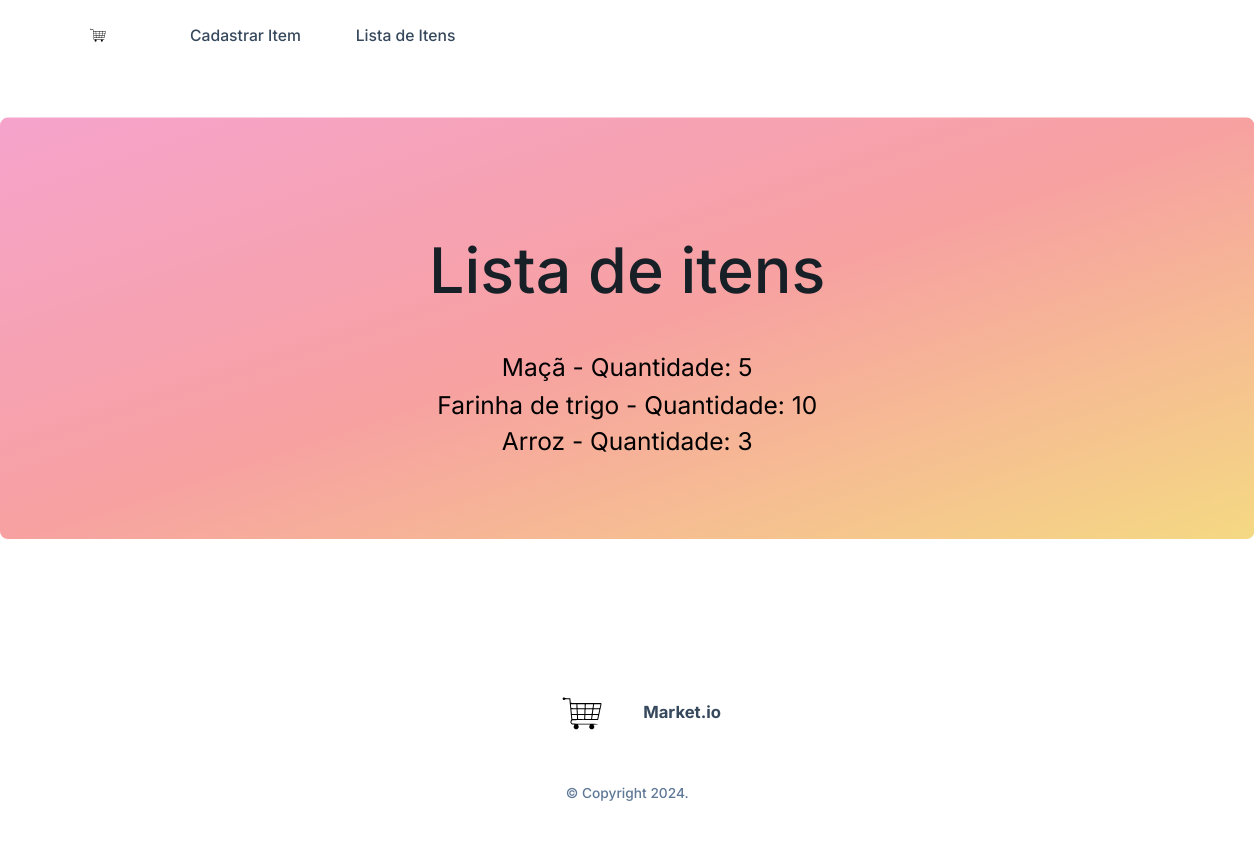
Repository: saraalves09/Avaliacao-01
Page: /list
The author's editor kept a copy of each file at every save. The page is drawn from the files as they stood at one save, then again after the next save.
The browser window is 1280 px wide. The pictures show the whole page, at 98% of full size.
The project was rebuilt for these pictures with package versions that can differ from the ones it lists, and the page was loaded fresh each time. The framework's server and built-in components were replaced by stand-ins that run in the browser. Also part of the build but not shown: next.config.mjs.

Above is the page before, as saved 2024-04-23 22:11:03.

### app/layout.tsx
import type { Metadata } from "next";
import { Inter } from "next/font/google";
import "./globals.css";

const inter = Inter({ subsets: ["latin"] });

export const metadata: Metadata = {
  title: "market.io",
  description: "Generated by create next app",
};

export default function RootLayout({
  children,
}: Readonly<{
  children: React.ReactNode;
}>) {
  return (
    <html lang="en">
      <body className={inter.className}>{children}</body>
    </html>
  );
}

### app/list/page.tsx
import { Footer } from "../components/Footer";
import { Navbar } from "../components/Navbar";
import { List } from "../components/List"

export default function Home() {
  return (
    <>
      <Navbar />
      <List/>
      <Footer />
    </>
  );
}

### app/components/Footer.tsx
import Image from "next/image";
import Logo from "../../public/assets/Logo.svg";

export function Footer() {
  return (
    <div className="pt-[80px] pb-[40px]">
      <div className="flex items-center justify-center gap-x-[12px]">
      <Image src={Logo} alt="Logo" style={{ width: '100px', height: 'auto' }} />
        <p className="font-bold text-[#36485C] text-[17px]">Market.io</p>
      </div>

      <p className="pt-[56px] text-center text-[14px] font-medium text-[#5F7896] sm:pt-5">
        © Copyright 2024.
      </p>
    </div>
  );
}

### app/components/Navbar.tsx
import Image from "next/image";
import Logo from "../../public/assets/Logo.svg";
import Menu from "../../public/assets/Menu.svg";
import Link from 'next/link';

const navLinks = [
  { name: "Cadastrar Item", path: '/' },
  { name: "Lista de Itens", path: '/list/'},
];

export function Navbar() {
  return (
    <nav className="flex w-full items-center justify-between px-[20px] py-[16px] lg:container lg:mx-auto lg:px-20">
      <div className="flex items-center">
      <Image src={Logo} alt="Logo" className="w-10 h-auto" />
        <div className="hidden lg:flex pl-[74px] gap-x-[56px]">
        {navLinks.map((link, index) => (
          <Link href={link.path} key={index}>
            <p className="text-[#36485C] font-medium">{link.name}</p>
          </Link>
        ))}
        </div>
      </div>
      <div className="flex gap-x-5">
        <Image src={Menu} alt="Menu Button" className="lg:hidden" />
      </div>
    </nav>
  );
}

### app/components/List.tsx
export function List() {
  return (
    <div className="w-full rounded-lg bg-gradient-to-br from-pink-500/50 via-red-500/50 to-yellow-500/50 py-8 px-4 text-center lg:my-12 lg:px-10 lg:py-20">
    <div className="pt-4 lg:pt-10">
      <div className="px-[20px] lg:px-[50px]">
        <h1 className="text-center text-[32px] leading-[40px] font-medium text-[#172026] lg:text-[64px] lg:leading-[72px]">
          Lista de itens
        </h1>
      </div>
      <div className="flex justify-center text-center text-[25px]">
      <ul style={{ marginTop: '45px' }}>
          <li>Maçã - Quantidade: 5</li>
          <li>Farinha de trigo - Quantidade: 10</li>
          <li>Arroz - Quantidade: 3</li>
        </ul>
      </div>
      <div className="relative flex h-full w-full justify-center">
        <div className="px-[20px] lg:container lg:px-20 mx-auto"></div>
      </div>
    </div>
    </div>
  );
}

Loaded but not shown: app/globals.css (common file); tailwind.config.ts (common file)

After the next save:
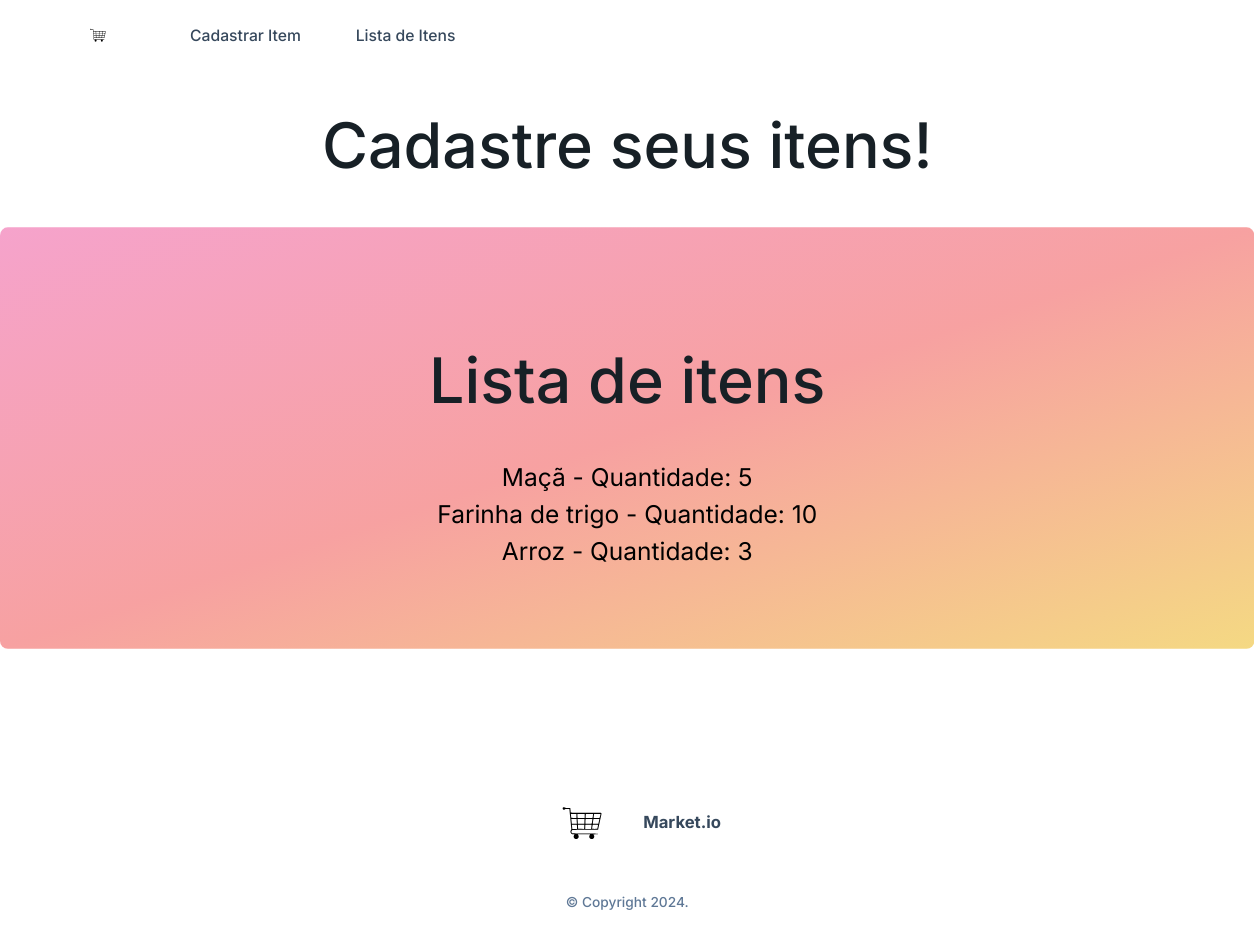
Saved 108 s later.
--- a/app/components/List.tsx
+++ b/app/components/List.tsx
@@ -1,5 +1,11 @@
 export function List() {
   return (
+    <div className="pt-4 lg:pt-10">
+    <div className="px-[20px] lg:px-[50px]">
+      <h1 className="text-center text-[32px] leading-[40px] font-medium text-[#172026] lg:text-[64px] lg:leading-[72px]">
+        Cadastre seus itens!
+      </h1>
+    </div>
     <div className="w-full rounded-lg bg-gradient-to-br from-pink-500/50 via-red-500/50 to-yellow-500/50 py-8 px-4 text-center lg:my-12 lg:px-10 lg:py-20">
     <div className="pt-4 lg:pt-10">
       <div className="px-[20px] lg:px-[50px]">
@@ -19,5 +25,6 @@ export function List() {
       </div>
     </div>
     </div>
+    </div>
   );
 }
